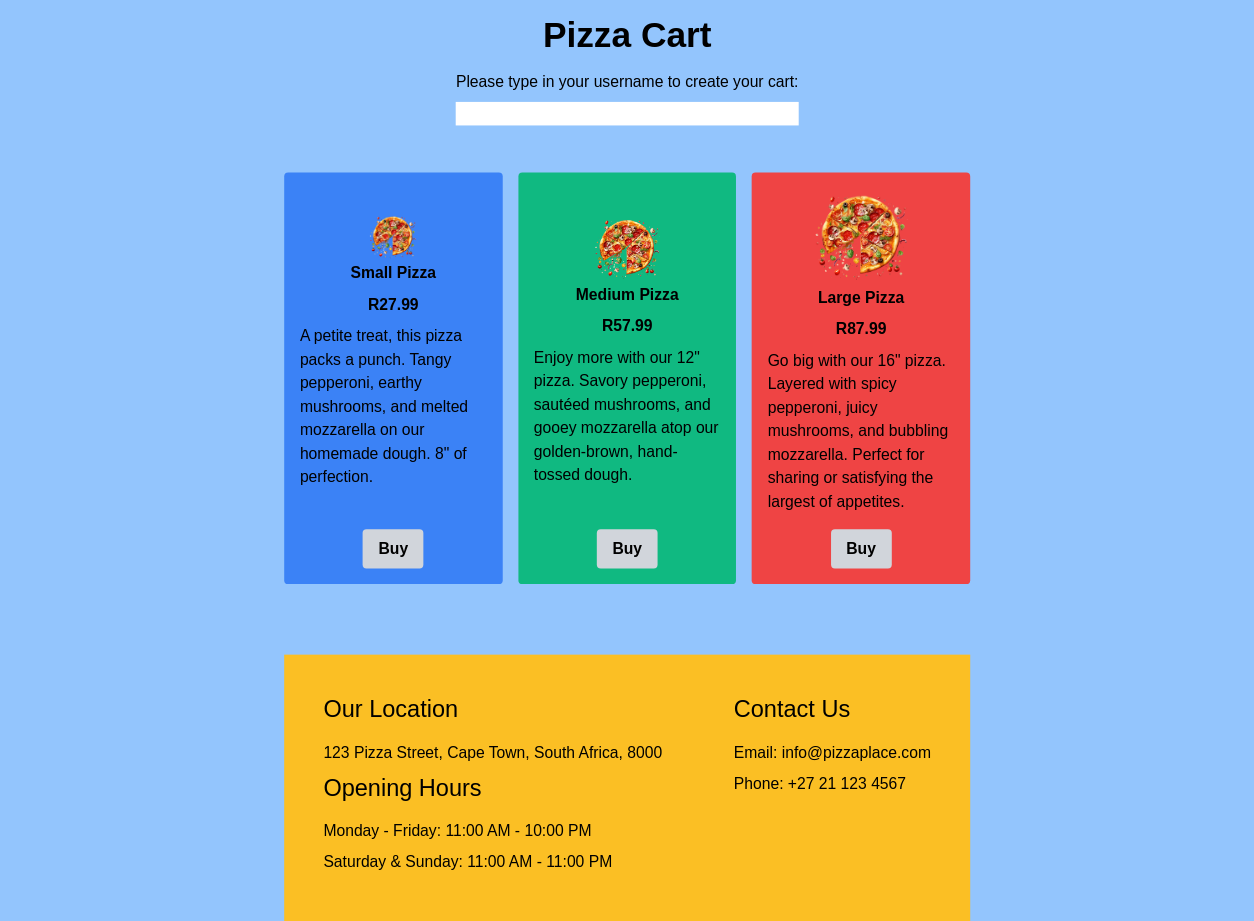
Repository: lasity34/pizza-cart-with-api
Page: index.html
These files come from the project's save history. The page is drawn as it stood at one moment and after the next save; the edit follows.
The browser window is 1280 px wide. The pictures show the whole page, at 98% of full size.
The page's requests for data from a server got no answer. Some web fonts or font styles are not loaded; a fallback is used. Some web libraries are served in a nearby version.

Above is the page before, as saved 2023-07-16 18:16:24.
Console error (its wording comes from the project's code and is left out).

### index.html
<!DOCTYPE html>
<html lang="en">
  <head>
    <meta charset="UTF-8" />
    <meta name="viewport" content="width=device-width, initial-scale=1.0" />
    <title>Pizza Cart</title>
    <script src="//unpkg.com/alpinejs" defer></script>
    <link
      href="https://cdn.jsdelivr.net/npm/tailwindcss@2.1.2/dist/tailwind.min.css"
      rel="stylesheet"
    />
    <script
      src="https://cdnjs.cloudflare.com/ajax/libs/axios/1.4.0/axios.min.js"
      integrity="sha512-uMtXmF28A2Ab/JJO2t/vYhlaa/3ahUOgj1Zf27M5rOo8/+fcTUVH0/E0ll68njmjrLqOBjXM3V9NiPFL5ywWPQ=="
      crossorigin="anonymous"
      referrerpolicy="no-referrer"
    ></script>
    <link href="./style.css" rel="stylesheet" />
    <link rel="preconnect" href="https://fonts.googleapis.com" />
    <link rel="preconnect" href="https://fonts.gstatic.com" crossorigin />
    <link
      href="https://fonts.googleapis.com/css2?family=Titillium+Web:ital@0;1&family=Tsukimi+Rounded:wght@300;400;500&display=swap"
      rel="stylesheet"
    />
  </head>
  <body x-data="pizzaCart" class="bg-blue-300" x-cloak>

    <section class="flex justify-center items-center">
      <h1 class="text-4xl pt-4 font-bold">Pizza Cart</h1>
    </section>
    <section class="flex flex-col items-center mt-4 pb-4">
      <h3>Please type in your username to create your cart:</h3>
      <input type="text" x-modal="username" class="w-1/2 mt-2" />
    </section>
    <section  x-show=" cartTotal > 0 "
  class="shop-container my-3 sm:my-4 p-4 sm:p-5 flex flex-col text-xs sm:text-sm justify-center items-center"
>
  <h2 class="text-xl sm:text-2xl mb-2 font-bold">Shopping Cart</h2>
  <div class="mt-4 flex flex-col items-center">
    <div>
        <section class="mt-6">
            <table class="table-auto w-full rounded-lg overflow-hidden shadow-lg max-w-md mx-auto">
                <thead class="bg-red-600">
                    <tr>
                        <th class="px-2 sm:px-3 py-1 text-left text-xs sm:text-sm font-bold font-medium text-white uppercase tracking-wider">Flavour</th>
                        <th class="px-2 sm:px-3 py-1 text-left text-xs sm:text-sm font-medium text-white uppercase tracking-wider">Size</th>
                        <th class="px-2 sm:px-3 py-1 text-left text-xs sm:text-sm font-medium text-white uppercase tracking-wider">Quantity</th>
                        <th class="px-2 sm:px-3 py-1 text-left text-xs sm:text-sm font-medium text-white uppercase tracking-wider">Price</th>
                        <th class="px-2 sm:px-3 py-1 text-left text-xs sm:text-sm font-medium text-white uppercase tracking-wider">Total</th>
                    </tr>
                </thead>
                <tbody class="bg-yellow-100 divide-y divide-gray-200 overflow-auto max-h-48 sm:max-h-56">

                    <template x-for="pizza in cartPizzas">
                        <tr>
                          <td class="px-1 sm:px-2 py-1 whitespace-nowrap font-bold text-xs sm:text-sm text-gray-500" x-text="pizza.flavour"></td>

                            <td class="px-2 sm:px-3 py-1 whitespace-nowrap font-bold text-xs sm:text-sm text-gray-500" x-text="pizza.size"></td>
                            <td class="px-2 sm:px-3 py-1 whitespace-nowrap font-bold text-xs sm:text-sm text-gray-500">
                                <div class="flex items-center justify-center">
                                    <button
                                        @click="addPizzaToCart(pizza.id)"
                                        class="bg-gray-200 hover:bg-gray-300 text-gray-800 font-bold py-1 px-2 sm:px-3 rounded-l"
                                    >
                                        +
                                    </button>
                                    <div x-text="pizza.qty" class="mx-1 sm:mx-2"></div>
                                    <button
                                        @click="removePizzaFromCart(pizza.id)"
                                        class="bg-gray-200 hover:bg-gray-300 text-gray-800 font-bold py-1 px-2 sm:px-3 rounded-r"
                                    >
                                        -
                                    </button>
                                </div>
                            </td>
                            <td class="px-2 sm:px-3 py-1 whitespace-nowrap text-xs sm:text-sm font-bold text-gray-500">
                                R<span x-text="pizza.price"></span>
                            </td>
                            <td class="px-2 sm:px-3 py-1 whitespace-nowrap text-xs sm:text-sm font-bold text-gray-500">
                                R<span x-text="(pizza.qty * pizza.price).toFixed(2)"></span>
                            </td>
                        </tr>
                    </template>
                </tbody>
            </table>
        </section>
    </div>
    <div class="flex justify-center mt-2 sm:mt-4">
      <p class="font-bold">Total Cost</p>
      <p class="ml-3 sm:ml-5 font-bold">
        R<span x-text="(cartTotal).toFixed(2)">0.00</span>
      </p>
    </div>
    <div class="mt-2 sm:mt-4">
      <span x-text="message"></span>
    </div>

    <div class="mt-2 sm:mt-4"  x-cloak>
      <label class="font-bold">Payment Amount:</label>
      <input
        placeholder="Enter payment here"
        type="number"
        step="0.01"
        class="rounded ml-1 sm:ml-2 py-1 sm:py-2"
        x-model="paymentAmount"
      />
    </div>
    <div class="mt-3 sm:mt-6">
      <button
        x-cloak
        @click="payForCart()"
        class="bg-gray-300 hover:bg-gray-400 py-1 sm:py-2 px-4 sm:px-8 rounded font-bold"
      >
        <span>Pay</span>
      </button>
    </div>
  </div>
</section>




    <section class="pizza_columns mt-8">
      <div
        class="flex flex-col gap-4 mx-auto items-center lg:items-stretch lg:flex-row justify-center"
      >
        <div
          class="flex bg-blue-500 rounded p-4 w-4/5 lg:w-4/5 flex-grow flex-shrink flex flex-col justify-between text-black items-center"
        >
          <div class="flex-grow flex flex-col items-center justify-center">
            <img src="./pizza.png" width="50" />
            <h3 class="mb-2 font-bold">Small Pizza</h3>
            <h3 class="mb-2 font-bold">R27.99</h3>
            <p class="mb-4">
              A petite treat, this pizza packs a punch. Tangy pepperoni, earthy
              mushrooms, and melted mozzarella on our homemade dough. 8" of
              perfection.
            </p>
          </div>
          <button
            @click=""
            :disabled="smallAdded"
            class="bg-gray-300 hover:bg-gray-400 transition-colors duration-300 py-2 px-4 rounded font-bold"
          >
            Buy
          </button>
        </div>
        <div
          class="pizza_md bg-green-500 rounded p-4 w-4/5 lg:w-4/5 flex-grow flex-shrink flex flex-col justify-between text-black items-center"
        >
          <div class="flex-grow flex flex-col items-center justify-center">
            <img src="./pizza.png" width="70" />
            <h3 class="mb-2 font-bold">Medium Pizza</h3>
            <h3 class="mb-2 font-bold">R57.99</h3>
            <p class="mb-4">
              Enjoy more with our 12" pizza. Savory pepperoni, sautéed
              mushrooms, and gooey mozzarella atop our golden-brown, hand-tossed
              dough.
            </p>
          </div>
          <button
            @click=""
            :disabled="mediumAdded"
            class="bg-gray-300 hover:bg-gray-400 transition-colors duration-300 py-2 px-4 rounded font-bold"
          >
            Buy
          </button>
        </div>
        <div
          class="pizza_lg bg-red-500 rounded p-4 w-4/5 lg:w-4/5 flex-grow flex-shrink flex flex-col justify-between text-black items-center"
        >
          <div class="flex-grow flex flex-col items-center justify-center">
            <img src="./pizza.png" width="100" />
            <h3 class="mb-2 font-bold">Large Pizza</h3>
            <h3 class="mb-2 font-bold">R87.99</h3>
            <p class="mb-4">
              Go big with our 16" pizza. Layered with spicy pepperoni, juicy
              mushrooms, and bubbling mozzarella. Perfect for sharing or
              satisfying the largest of appetites.
            </p>
          </div>
          <button
            @click=""
            :disabled="largeAdded"
            class="bg-gray-300 hover:bg-gray-400 transition-colors duration-300 py-2 px-4 rounded font-bold"
          >
            Buy
          </button>
        </div>
      </div>
    </section>
    <!-- all pizzas display -->
    <section class="mt-8">
        <div class="flex flex-col items-center">
            <template x-for="pizza in pizzas">
                <div class="flex items-center border-b border-gray-200 bg-yellow-200 shadow-lg rounded-lg px-4 py-4 my-3 w-full max-w-xl">
                    <div class="w-24 h-24 flex-shrink-0">
                        <img src="./pizza.png" class="w-full h-full object-cover rounded-lg" />
                    </div>
                    <div class="ml-4 flex-grow flex justify-between w-3/4 items-center">
                        <h5 class="ml-2 text-lg font-bold text-black" x-text="pizza.flavour"></h5>
                        <p class="text-lg text-black mt-5 mb-4 mr-6 font-bold">R<span x-text="pizza.price"></span></p>
                    </div>
                    <div>
                        <button @click="addPizzaToCart(pizza.id)" class="bg-gray-600 hover:bg-gray-700 text-white font-bold py-2 px-4 rounded">Buy</button>
                    </div>
                </div>
            </template>
        </div>
    </section>



    <footer class="bg-yellow-400 text-black mt-10 p-10">
      <div class="container mx-auto flex justify-between">
        <div>
          <h2 class="text-2xl mb-4">Our Location</h2>
          <p class="mb-2">123 Pizza Street, Cape Town, South Africa, 8000</p>

          <h2 class="text-2xl mb-4">Opening Hours</h2>
          <p class="mb-2">Monday - Friday: 11:00 AM - 10:00 PM</p>
          <p class="mb-2">Saturday & Sunday: 11:00 AM - 11:00 PM</p>
        </div>
        <div>
          <h2 class="text-2xl mb-4">Contact Us</h2>
          <p class="mb-2">Email: info@pizzaplace.com</p>
          <p class="mb-2">Phone: +27 21 123 4567</p>
        </div>
      </div>
    </footer>

    <div
      x-show="show"
      x-transition:enter="transition ease-out duration-300"
      x-transition:enter-start="opacity-0 transform scale-90"
      x-transition:enter-end="opacity-100 transform scale-100"
      x-transition:leave="transition ease-in duration-300"
      x-transition:leave-start="opacity-100 transform scale-100"
      x-transition:leave-end="opacity-0 transform scale-90"
      class="fixed inset-0 flex items-center justify-center z-50"
    >
      <div class="bg-green-800 text-white rounded p-5 shadow-lg">
        <p x-text="message"></p>
      </div>
    </div>

    <script src="./pizza.js"></script>
  </body>
</html>

### style.css

body {
    max-width: 700px;
    margin: 0 auto;

font-family: 'Tsukimi Rounded', sans-serif;
}

.shop-container {
    background-color: rgb(205, 190, 50);
    max-width: 95%;
    margin: 1em auto;
}

input::-webkit-outer-spin-button,
input::-webkit-inner-spin-button {
  -webkit-appearance: none;
  margin: 0;
}

input[type="number"] {
  -moz-appearance: textfield;
 text-indent: 10px;
}

[x-cloak] { display: none; }

### pizza.js
function pizzaCart() {
  return {
    quantity: 0,
    paymentAmount: 0,
    message: "",
    show: false,
    lastMessageAdded: "",
    pizzas: [],
    cartPizzas: [],
    username: "bjorn",
    cartId: "",
    cartTotal: 0.0,
    // increment(size) {
    //   if (size === "small" && this.smallAdded) {
    //     this.smallAmount++;
    //   } else if (size === "medium" && this.mediumAdded) {
    //     this.mediumAmount++;
    //   } else if (size === "large" && this.largeAdded) {
    //     this.largeAmount++;
    //   }
    // },
    // buy(size) {
    //   if (size === "small") {
    //     this.smallAdded = true;
    //     this.smallAmount++; // increment the small pizza count
    //     this.message = "Small Pizza has been added";
    //   } else if (size === "medium") {
    //     this.mediumAdded = true;
    //     this.mediumAmount++; // increment the medium pizza count
    //     this.message = "Medium Pizza has been added";
    //   } else if (size === "large") {
    //     this.largeAdded = true;
    //     this.largeAmount++; // increment the large pizza count
    //     this.message = "Large Pizza has been added";
    //   }
    //   this.toggleModal();
    // },
    // decrement(size) {
    //   if (size === "small" && this.smallAmount > 0 && this.smallAdded) {
    //     this.smallAmount--;
    //     if (this.smallAmount === 0) this.smallAdded = false;
    //   }
    //   if (size === "medium" && this.mediumAmount > 0 && this.mediumAdded) {
    //     this.mediumAmount--;
    //     if (this.mediumAmount === 0) this.mediumAdded = false;
    //   }
    //   if (size === "large" && this.largeAmount > 0 && this.largeAdded) {
    //     this.largeAmount--;
    //     if (this.largeAmount === 0) this.largeAdded = false;
    //   }
    // },
    // total() {
    //   return (
    //     this.smallAmount * this.prices.small +
    //     this.mediumAmount * this.prices.medium +
    //     this.largeAmount * this.prices.large
    //   );
    // },
    // paymentTotal() {
    //   if (this.paymentAmount < this.total()) {
    //     this.payMessage = `<p class='flex bg-red-600 text-white py-2 px-4 font-bold text-lg my-3 py-1'>R${(
    //       this.total() - this.paymentAmount
    //     ).toFixed(2)} is needed</p>`;
    //     setTimeout(() => {
    //       this.payMessage = "";
    //     }, 2000);
    //   } else if (this.paymentAmount > this.total()) {
    //     this.payMessage = `<p class='flex bg-red-600 text-white py-2 px-4 font-bold text-lg my-3 py-1'>There is R${(
    //       this.paymentAmount - this.total()
    //     ).toFixed(2)} too much</p>`;
    //     setTimeout(() => {
    //       this.payMessage = "";
    //     }, 2000);
    //   } else if (this.paymentAmount == this.total() && this.total() !== 0) {
    //     this.payMessage =
    //       "<p class='flex bg-green-600 text-white py-2 px-4 font-bold text-lg my-3 py-1'>Enjoy your pizzas<p>";
    //     this.reset();
    //     setTimeout(() => {
    //       this.payMessage = "";
    //     }, 2000);
    //   }
    // },
    toggleModal() {
      this.show = !this.show;
      if (this.show) {
        setTimeout(() => {
          this.show = false;
        }, 2000); // Close after 2 seconds
      }
    },
    reset() {
      this.smallAmount = 0;
      this.mediumAmount = 0;
      this.largeAmount = 0;
      this.paymentAmount = 0;
      this.message = "";

      this.smallAdded = false;
      this.mediumAdded = false;
      this.largeAdded = false;
      this.show = false;
    },

    // API

    createCart() {

      const cartid = localStorage["cartId"];
      const createCartURL = `https://pizza-api.projectcodex.net/api/pizza-cart/create?username=${this.username}`;

      if (cartid) {
        this.cartId = cartid;
      } else {
        return axios.get(createCartURL).then((result) => {
          this.cartId = result.data.cart_code;
          localStorage["cartId"] = this.cartId;
        });
      }
    },

    getCart() {
      const getCartURL = `https://pizza-api.projectcodex.net/api/pizza-cart/${this.cartId}/get`;
      return axios.get(getCartURL);
    },

    addPizza(pizzaId) {
      return axios.post(
        "https://pizza-api.projectcodex.net/api/pizza-cart/add",
        {
          cart_code: this.cartId,
          pizza_id: pizzaId,
        }
      );
    },
    removePizza(pizzaId) {
      return axios.post(
        "https://pizza-api.projectcodex.net/api/pizza-cart/remove",
        {
          cart_code: this.cartId,
          pizza_id: pizzaId,
        }
      );
    },
    pay(amount) {
      return axios.post(
        "https://pizza-api.projectcodex.net/api/pizza-cart/pay",
        {
          cart_code: this.cartId,
          amount,
        }
      );
    },
    showCartData() {
      this.getCart().then((result) => {
        const cartData = result.data;
        this.cartPizzas = cartData.pizzas;
        this.cartTotal = cartData.total;
      });
    },
    init() {
      axios
        .get("https://pizza-api.projectcodex.net/api/pizzas")
        .then((result) => {
          this.pizzas = result.data.pizzas;
        });

      if (!this.cartId) {
        this.createCart().then(() => {
          this.showCartData();
        });
      }

      this.showCartData();
    },
    addPizzaToCart(pizzaId) {
      this.addPizza(pizzaId).then(() => {
        this.showCartData();
      });
    },
    removePizzaFromCart(pizzaId) {
      this.removePizza(pizzaId).then(() => {
        this.showCartData();
      });
    },
    payForCart() {
      this.pay(this.paymentAmount).then((result) => {
        if (result.data.status === "failure") {
          this.message = result.data.message;
          setTimeout(() => (this.message = ""), 3000);
        } else {
          this.message = "Payment Received";

          setTimeout(() => {
            this.message = "";
            this.cartPizzas = [];
            this.cartTotal = 0.0;
            this.cartId = "";
            localStorage['cartId']
            this.paymentAmount = 0;
            this.createCart();
          }, 3000);
        }
      });
    },
  };
}

document.addEventListener("alpine:init", () => {
  Alpine.data("pizzaCart", pizzaCart);
});

After the next save:
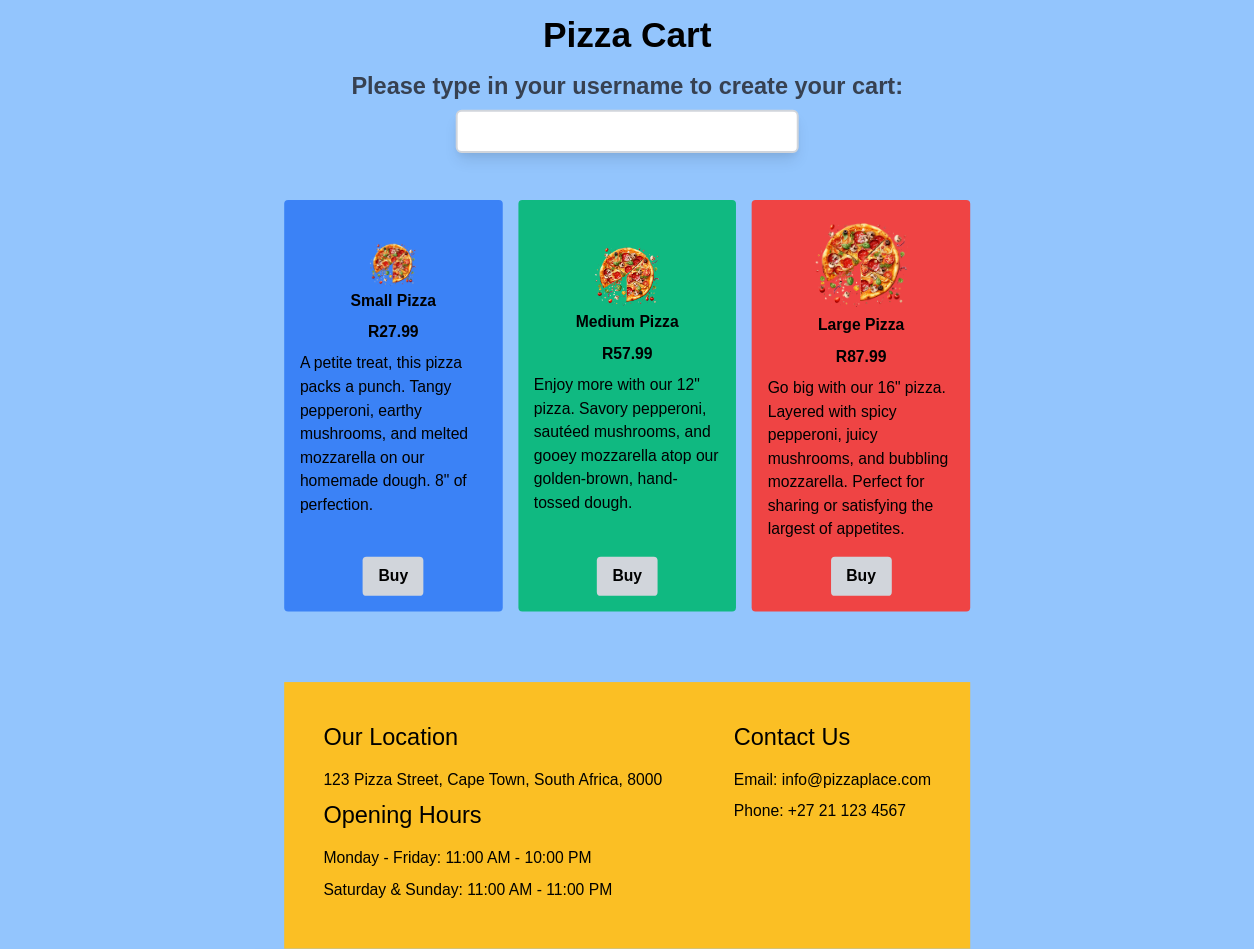
Saved 43 s later.
--- a/index.html
+++ b/index.html
@@ -29,9 +29,10 @@
       <h1 class="text-4xl pt-4 font-bold">Pizza Cart</h1>
     </section>
     <section class="flex flex-col items-center mt-4 pb-4">
-      <h3>Please type in your username to create your cart:</h3>
-      <input type="text" x-modal="username" class="w-1/2 mt-2" />
-    </section>
+      <h3 class="text-2xl font-semibold text-center text-gray-700">Please type in your username to create your cart:</h3>
+      <input type="text" x-modal="username" class="w-1/2 mt-2 p-2 rounded-md border-2 border-gray-300 shadow-lg focus:outline-none focus:ring-2 focus:ring-blue-600" />
+    </section>
+
     <section  x-show=" cartTotal > 0 "
   class="shop-container my-3 sm:my-4 p-4 sm:p-5 flex flex-col text-xs sm:text-sm justify-center items-center"
 >
